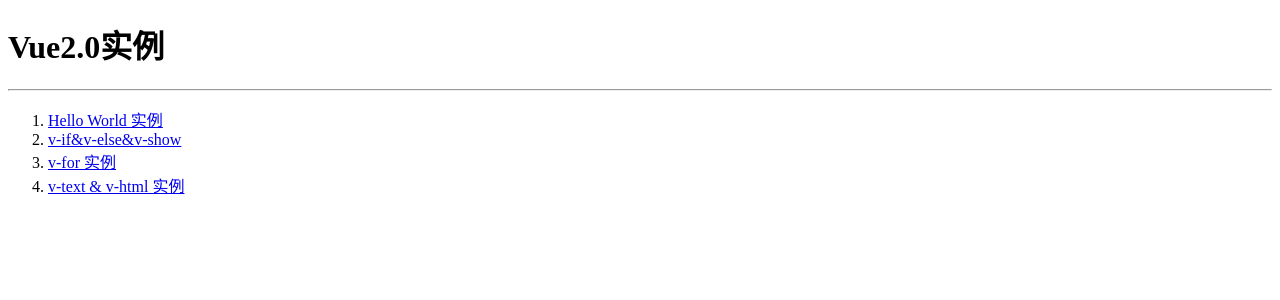
Repository: 13982720426/vue2.0-LearningNotes
Page: index.html
These files come from the project's save history. The page is drawn as it stood at one moment and after the next save; the edit follows.
The browser window is 1280 px wide. The pictures show the whole page.

Above is the page before, as saved 2021-06-17 19:50:02.

After the next save:
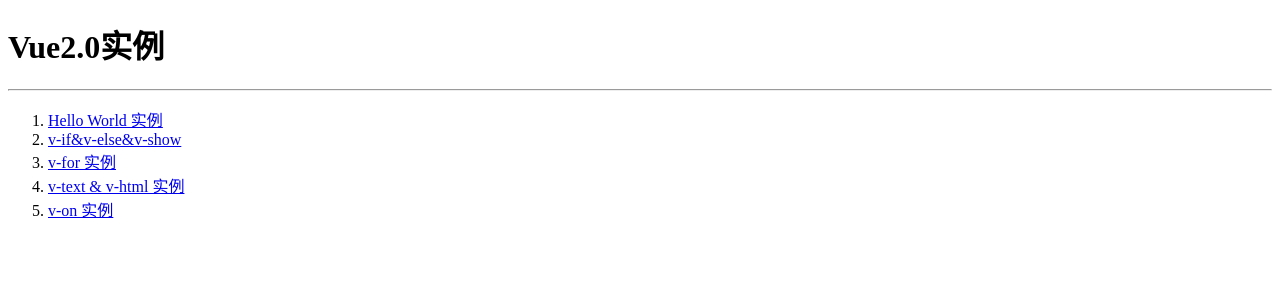
Saved 8 min 9 s later.
--- a/index.html
+++ b/index.html
@@ -14,6 +14,7 @@
       <li><a href="./example/v-if.html">v-if&v-else&v-show</a></li>
       <li><a href="./example/v-for.html">v-for 实例</a></li>
       <li><a href="./example/v-text.html">v-text & v-html 实例</a></li>
+      <li><a href="./example/v-on.html">v-on 实例</a></li>
     </ol>
   </body>
 </html>
